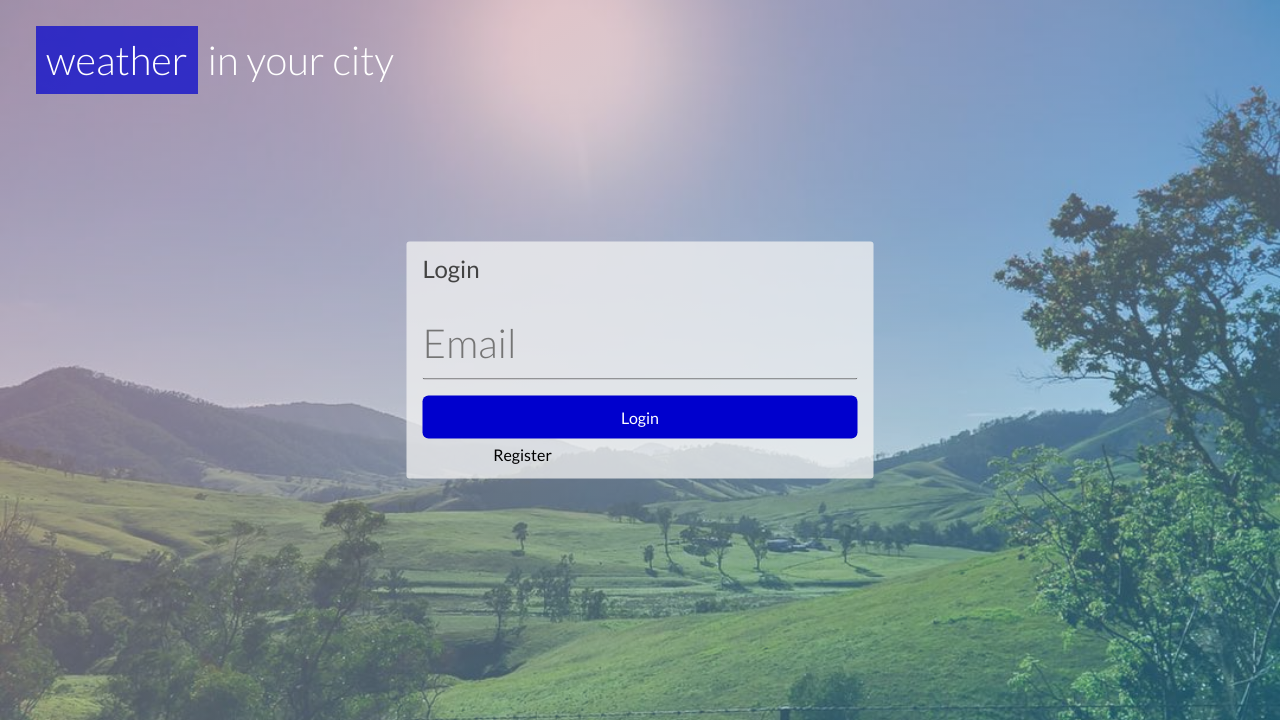
Repository: nosplashurinal/weather-app
Page: /, after clicking the first element matching `button.next`
An editor plug-in stored every save of this project. The page is shown before and after the next save, followed by the edit.
The browser window is 1280 px wide. The pictures show the whole page.
The project was rebuilt for these pictures with package versions that can differ from the ones it lists, and the page was loaded fresh each time. Also part of the build but not shown: src/components/RecentSearches.vue, src/components/Search.vue, src/components/WeatherDataBlock.vue.

Above is the page before, as saved 2018-12-31 18:09:40.

### public/index.html
<!DOCTYPE html>
<html lang="en">

<head>
	<meta charset="utf-8">
	<meta http-equiv="X-UA-Compatible" content="IE=edge">
	<meta name="viewport" content="width=device-width,initial-scale=1.0">
	<link rel="icon" href="<%= BASE_URL %>favicon.ico">
	<link href="https://fonts.googleapis.com/css?family=Lato:300,400" rel="stylesheet">
	<title>weather-app</title>
</head>

<body>
	<noscript>
		<strong>We're sorry but weather-app doesn't work properly without JavaScript enabled. Please enable it to continue.</strong>
	</noscript>
	<div id="app"></div>
	<!-- built files will be auto injected -->
</body>

</html>

### src/App.vue
<template>
  <div class="root-container">
    <div class="bg" v-bind:style="{backgroundImage: `url(${bg})`}"></div>
    <div class="overlay"></div>
    <div class="title">
      <span>weather</span>
      <span>in your city</span>
    </div>
    <Login v-bind:isLoginError="isLoginError" v-if="!loginSuccess && !showRegistration" v-on:on-login="attemptLogin" v-on:open-registration="showRegistration = true" />
    <Registration v-if="showRegistration" v-on:on-success="showRegistration = false" />
    <div v-if="loginSuccess" class="search-container" v-bind:class="{resultActive: showResults}">
      <Search
        v-bind:message="message"
        v-bind:showLoading="isLoadingResults"
        v-bind:isError="isError"
        v-on:on-key-press="onClickSearch"
        v-on:on-change="onInputChange"
      />
      <transition name="ease">
        <div class="results-container" v-if="showResults">
          <WeatherDataBlock v-bind:weatherData="weatherData"/>
        </div>
      </transition>
    </div>
  </div>
</template>

<script>
import Search from "./components/Search.vue";
import WeatherDataBlock from "./components/WeatherDataBlock.vue";
import Login from "./components/Login.vue";
import Registration from "./components/Registration.vue";
import axios from "axios";

export default {
  name: "app",
  components: {
    Search,
    WeatherDataBlock,
    Login,
    Registration
  },
  data() {
    return {
      currentQueryValue: null,
      results: [],
      showResults: false,
      address: null,
      isError: false,
      message: null,
      searchQuery: null,
      isLoadingResults: false,
      units: "metric",
      weatherData: undefined,
      bg: "/images/bg.jpg",
      weatherBg: null,
      screenWidth: window.innerWidth,
      screenHeight: window.innerHeight,
      showRegistration: false,
      loginSuccess: false,
      isLoginError: false
    };
  },
  created: function() {
    if (!JSON.parse(window.localStorage.getItem("user"))) {
      this.showRegistration = true;
    }
  },
  mounted: function() {
    if (JSON.parse(window.localStorage.getItem("searches"))) {
      this.validateRecentSearches();
    }
  },
  watch: {
    async searchQuery(newQuery) {
      let storedWeatherData;
      this.showResults = false;

      // Check if anything is saved in localStorage
      if (window.localStorage.getItem("searches")) {
        // Now, check if the current query matches anything in localStorage
        storedWeatherData = this.getFromLocalStorage(newQuery);
      } else {
        // Create an empty object in localStorage
        window.localStorage.setItem("searches", null);
      }
      if (storedWeatherData) {
        this.isLoadingResults = true;
        // Translate localStorage data into the format needed to display the data
        setTimeout(
          () =>
            (this.weatherData = this.parseStoredWeatherData(
              storedWeatherData.result
            )),
          0.0001
        );
      } else {
        this.isLoadingResults = true;
        try {
          let weatherData = await this.fetchWeatherDataForCity(
            this.searchQuery
          );
          const formattedData = this.parseApiResponse(newQuery, weatherData);
          this.pushDataToLocalStorage(formattedData);
          this.weatherData = formattedData.result;
        } catch {
          this.isLoadingResults = false;
          this.isError = true;
        }
      }
    },
    weatherData() {
      this.isLoadingResults = false;
      this.showResults = true;
      this.changeBackgroundImage();
    }
  },
  methods: {
    async validateRecentSearches() {
      let storedData = window.localStorage.getItem("searches");
      let storedDataObject = JSON.parse(storedData);
      let promiseArray = [];
      let newDataObject = [];
      storedDataObject.forEach(({ result }) => {
        promiseArray.push(this.fetchWeatherDataForCity(result.name));
      });
      let responseArray = await Promise.all(promiseArray);
      responseArray.forEach((data, index) => {
        const formattedData = this.parseApiResponse(
          storedDataObject[index].query,
          data
        );
        newDataObject.push(formattedData);
      });
      window.localStorage.setItem("searches", JSON.stringify(newDataObject));
    },
    timeDifferenceBetwenNowAndDate(d) {
      const date = new Date(d * 1000);
      const now = new Date();
      return (now.getTime() - date.getTime()) / (1000 * 60);
    },
    attemptLogin(e) {
      const user = window.localStorage.getItem("user");
      if (user === e) {
        this.loginSuccess = true;
      } else {
        this.isLoginError = true;
      }
    },
    onInputChange() {
      if (this.isError) this.isError = false;
    },
    pushDataToLocalStorage(newDataItem) {
      let storedData = window.localStorage.getItem("searches");
      let storedDataObject = JSON.parse(storedData);
      let newDataObject = [];
      if (storedDataObject) {
        newDataObject = [...storedDataObject, newDataItem];
      } else {
        newDataObject.push(newDataItem);
      }
      window.localStorage.setItem("searches", JSON.stringify(newDataObject));
    },
    parseApiResponse(query, data) {
      return {
        query,
        result: {
          id: data.sys.id,
          temp: data.main.temp,
          name: data.name,
          country: data.sys.country,
          icon: data.weather[0].icon,
          description: data.weather[0].description,
          date: data.dt,
          humidity: data.wind.speed,
          wind: data.main.humidity
        }
      };
    },
    parseStoredWeatherData(data) {
      return {
        name: data.name,
        country: data.country,
        humidity: data.humidity,
        temp: data.temp,
        wind: data.wind,
        icon: data.icon,
        description: data.description,
        date: data.date
      };
    },
    getFromLocalStorage(i) {
      const localStorage = window.localStorage;
      const searchObject = JSON.parse(localStorage.getItem("searches"));
      if (searchObject) {
        return searchObject.find(item => item.query === i);
      } else {
        return null;
      }
    },
    onClickSearch(e) {
      this.searchQuery = e;
    },
    fetchWeatherDataForCity(city) {
      return new Promise((resolve, reject) => {
        axios
          .get(
            `http://api.openweathermap.org/data/2.5/weather?q=${city}&APPID=7c519880689160b16f5d233f16f2868d${
              this.units === "metric" ? "&units=metric" : ""
            }`
          )
          .then(response => {
            if (response.status === 404) {
              reject(response.err);
            } else {
              resolve(response.data);
            }
          })
          .catch(() => {
            this.isError = true;
            this.isLoadingResults = false;
            return;
          });
      });
    },
    changeBackgroundImage() {
      var newImg = new Image();
      newImg.onload = () => (this.bg = newImg.src);
      newImg.src = `https://loremflickr.com/1920/1080/${
        this.weatherData.description
      }`;
    }
  }
};
</script>

<style lang="scss" src="@/styles/app.scss">
</style>

### src/styles/app.scss
@import "./global.scss";
@import "./constants.scss";

.root-container {
  width: 100%;
  height: auto;
  overflow-y: scroll;
  overflow-x: hidden;
  font-size: 16px;
}
.bg {
  position: absolute;
  background-repeat: no-repeat;
  background-size: cover;
  background-position: center;
  -webkit-transition: background-image 500ms ease-in-out;
  transition: background-image 500ms ease-in-out;
  width: 100%;
  height: 100%;
}
.overlay {
  position: absolute;
  width: 100%;
  height: 100%;
  background-image: linear-gradient(
    to bottom right,
    rgba(230, 154, 154, 0.65),
    rgba(44, 181, 232, 0.4)
  );
}
.title {
  position: absolute;
  top: 36px;
  left: 36px;
  width: auto;
  height: auto;
  text-align: center;
  font-size: 2.5em;
  color: #fff;
  font-family: $font-primary;
  font-weight: 100;
  > span {
    padding: 0.25em;
    &:nth-child(1) {
      background-color: rgba($blue, 0.7);
    }
  }
}
.search-container {
  position: absolute;
  top: 50%;
  transform: translate(-50%, -50%);
  left: 50%;
  .results-container {
    margin-top: 4em;
    z-index: 9;
  }
}
.ease-enter-active,
.ease-leave-active {
  transition: all 900ms cubic-bezier(0, 0.57, 0.01, 0.97);
}
.ease-enter, .ease-leave-to /* .fade-leave-active below version 2.1.8 */ {
  opacity: 0;
  transform: scale(0.9) translate(0, 50px);
}
.slide-enter-active, .slide-leave-active {
  transition: opacity 350ms ease-in-out;
}
.slide-enter /* .fade-leave-active below version 2.1.8 */ {
  opacity: 0;
}

### src/styles/global.scss
html, body {
	position: relative;
	width: 100%;
	height: 100%;
}

body {
	color: #333;
	margin: 0;
	padding: 0;
	box-sizing: border-box;
	font-family: -apple-system, BlinkMacSystemFont, "Segoe UI", Roboto, Oxygen-Sans, Ubuntu, Cantarell, "Helvetica Neue", sans-serif;
}

a {
	color: rgb(0,100,200);
	text-decoration: none;
}

a:hover {
	text-decoration: underline;
}

a:visited {
	color: rgb(0,80,160);
}

label {
	display: block;
}

input, button, select, textarea {
	font-family: inherit;
	font-size: inherit;
	padding: 0.4em;
	margin: 0 0 0.5em 0;
	box-sizing: border-box;
	border: 1px solid #ccc;
	border-radius: 2px;
}

input:disabled {
	color: #ccc;
}

button {
	background-color: #f4f4f4;
	outline: none;
}

button:active {
	background-color: #ddd;
}

button:focus {
	border-color: #666;
}

p {
	margin: 0;
	padding: 0;
}

ul {
	list-style: none;
}
input:focus {
	outline: 0;
}
button {
	border: 0;
}

### src/styles/constants.scss
$blue: rgb(0, 0, 205);
$font-primary: "Lato", sans-serif;

### src/components/Login.vue
<template>
  <div class="login">
    <p>Login</p>
    <div class="login-container">
      <input
        ref="loginInput"
        autocomplete="off"
        type="email"
        name="email"
        class="email"
        id="email"
        placeholder="Email"
        v-on:keypress="onKeyPress"
      >
      <small
        v-if="isLoginError"
        class="error-message"
      >Oops, we could not find you. Try again or register.</small>
      <button type="button" v-on:click="onClickLogin" class="login-button">Login</button>
    </div>
    <button v-on:click="openRegistration" class="register-button">Register</button>
  </div>
</template>
<script>
export default {
  name: "Login",
  props: {
    isLoginError: Boolean
  },
  methods: {
    onKeyPress(e) {
      if (e.key === "Enter") this.$emit("on-login", e.target.value);
    },
    onClickLogin() {
      this.$emit("on-login", this.$refs.loginInput);
    },
    openRegistration() {
      this.$emit("on-registration");
    }
  }
};
</script>
<style lang="scss" src="@/styles/login.scss">
</style>

### src/components/Registration.vue
<template>
  <div class="registration">
    <p>Please take a few moments to register.</p>
    <div class="fields-container">
      <input
        placeholder="Enter your Email"
        autofocus
        autocomplete="off"
        type="email"
        name="email"
        class="email"
        id="email"
        v-model="email"
      >
      <input
        placeholder="Enter your Name"
        autofocus
        autocomplete="off"
        type="text"
        name="name"
        class="name"
        id="name"
        v-model="name"
      >
      <input
        placeholder="Mobile"
        autofocus
        autocomplete="off"
        type="phone"
        name="mobile"
        class="mobile"
        id="mobile"
        v-model="mobile"
      >
      <input
        placeholder="Where are you located?"
        autofocus
        autocomplete="off"
        type="text"
        name="location"
        class="location"
        id="location"
        v-model="location"
      >
    </div>
    <button type="button" class="next" v-on:click="onRegister">Next</button>
  </div>
</template>
<script>
export default {
  name: "Registration",
  data() {
    return {
      email: null,
      name: null,
      mobile: null,
      location: null
    };
  },
  methods: {
    onRegister() {
      const { email, name, mobile, location } = this;
      const userObject = {
        email,
        name,
        mobile,
        location
      };
      window.localStorage.setItem("user", JSON.stringify(userObject));
      this.$emit("on-success");
    }
  }
};
</script>
<style lang="scss" src="@/styles/registration.scss">
</style>

### src/styles/login.scss
@import "./constants.scss";

.login {
  position: absolute;
  top: 50%;
  transform: translate(-50%, -50%);
  left: 50%;
  background: rgba(#f2f2f2, 0.75);
  border-radius: 3px;
  font-family: "Lato", sans-serif;
  padding: 0 1em;
  p {
    color: #434343;
    position: relative;
    font-size: 1.5em;
    padding: 0.5em 0;
    margin-bottom: 0.5em;
    flex: none;
    width: 100%;
  }
  .login-container {
    display: flex;
    flex-direction: column;
    input {
      color: #434343;
      background: transparent;
      border: 0;
      display: block;
      border-bottom: 1px solid #434343;
      font-size: 2.5em;
      font-weight: 300;
      margin: 0;
      flex: 0 1 100%;
      height: auto;
      padding: 0;
      padding: 0.3em 0;
      position: relative;
      flex-wrap: wrap;
      &:focus {
        background: transparent;
        border: 0;
        border-bottom: 1px solid #434343;
        outline: none;
        box-shadow: none;
      }
      ::-webkit-input-placeholder {
        /* Chrome/Opera/Safari */
        color: #434343;
      }
      ::-moz-placeholder {
        /* Firefox 19+ */
        color: #434343;
      }
    }
    .login-button {
      background: $blue;
      color: #fff;
      text-align: center;
      border-radius: 6px;
      cursor: pointer;
      flex: 0 1 100%;
      width: auto;
      height: auto;
      padding: 0.75em;
      display: block;
      margin: 0;
      margin-top: 1em;
    }
    .error-message {
      position: absolute;
      flex: 0 0 100%;
      color: #cc0000;
      margin-top: 0.5em;
      bottom: 0;
    }
  }
  .register-button {
    width: 200px;
    height: auto;
    background: none;
    cursor: pointer;
    &:hover {
      text-decoration: underline;
    }
  }
  .fade-enter-active,
  .fade-leave-active {
    transition: opacity 350ms ease-in-out;
  }
  .fade-enter, .fade-leave-to /* .fade-leave-active below version 2.1.8 */ {
    opacity: 0;
  }
}

### src/styles/registration.scss
@import "./constants.scss";

.registration {
  position: absolute;
  top: 50%;
  transform: translate(-50%, -50%);
  left: 50%;
  background: rgba(#f2f2f2, 0.75);
  border-radius: 3px;
  font-family: "Lato", sans-serif;
  padding: 0 1em;
  p {
    color: #434343;
    position: relative;
    font-size: 1.5em;
    padding: 0.5em 0;
    margin-bottom: 0.5em;
  }
  .fields-container {
    position: relative;
    padding: 0 1.25em;
    ::-webkit-input-placeholder { /* Chrome/Opera/Safari */
      color: #434343;
    }
    ::-moz-placeholder { /* Firefox 19+ */
      color: #434343;
    }
    input {
      color: #434343;
      background: transparent;
      border: 0;
      display: block;
      border-bottom: 1px solid #434343;
      font-size: 1.5em;
      font-weight: 300;
      margin: 0;
      width: 100%;
      height: auto;
      padding: 0;
      padding: 0.3em 0;
      margin-bottom: 1em;
      &::focus {
        background: transparent;
        border: 0;
        border-bottom: 1px solid #434343;
        outline: none;
        box-shadow: none;
      }
    }
  }
  .next {
    background: $blue;
    color: #fff;
    padding: 0.75em;
    margin-right: 1em;
    border-radius: 6px;
    cursor: pointer;
    float: right;
  }
}

Loaded but not shown: src/main.js (common file)

After the next save:
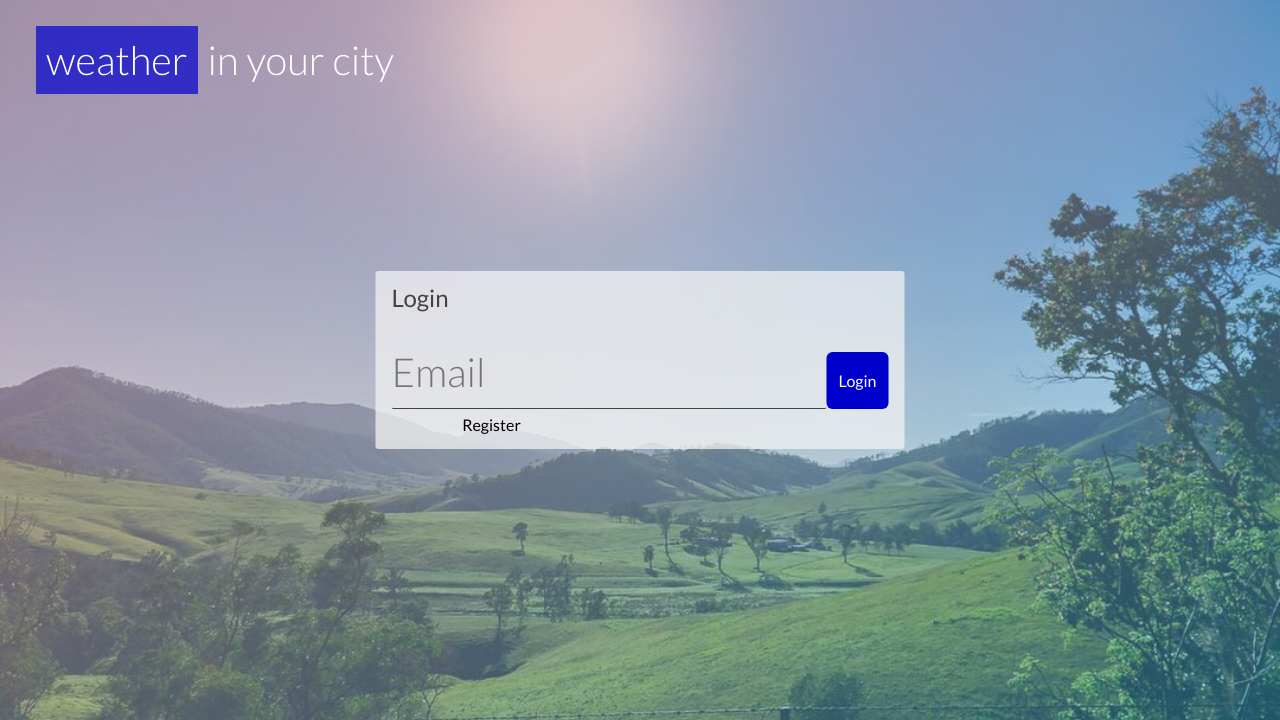
Saved 16 s later.
--- a/src/styles/login.scss
+++ b/src/styles/login.scss
@@ -20,7 +20,7 @@
   }
   .login-container {
     display: flex;
-    flex-direction: column;
+    position: relative;
     input {
       color: #434343;
       background: transparent;
